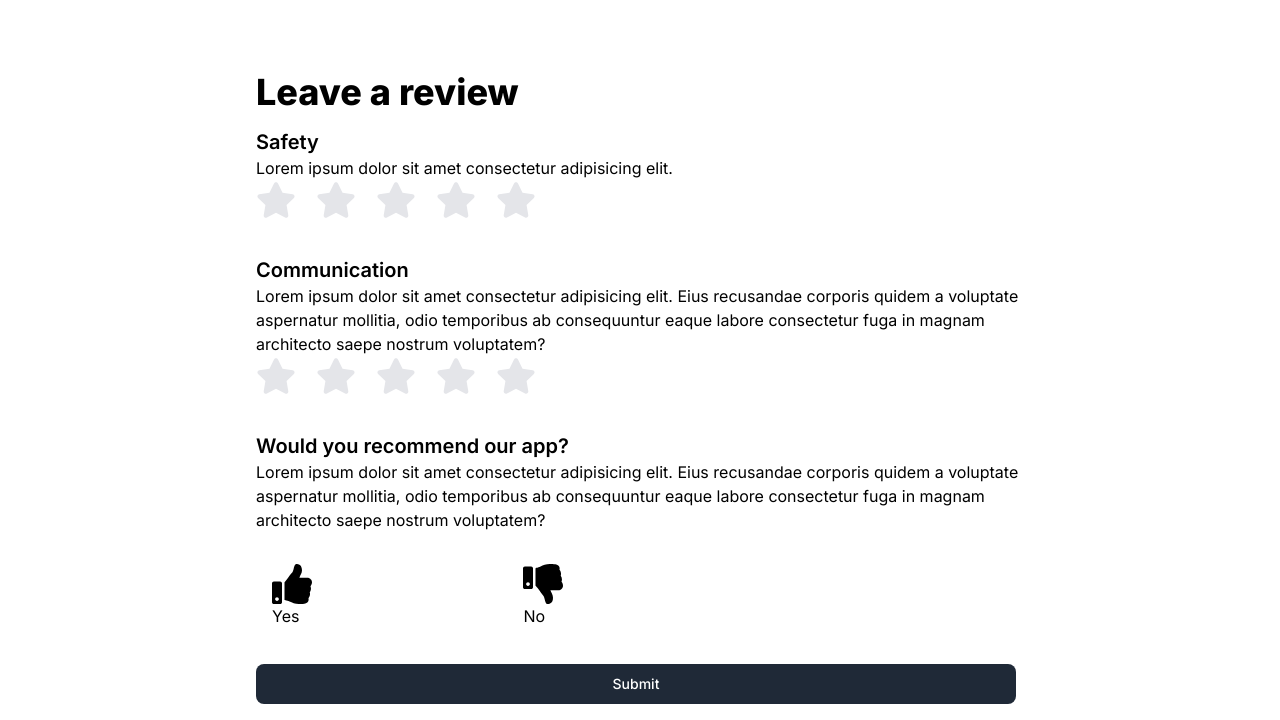
Repository: akankshaajoshi/review-form
Page: /review
These files come from the project's save history. The page is drawn as it stood at one moment and after the next save; the edit follows.
The browser window is 1280 px wide. The pictures show the whole page.
The project was rebuilt for these pictures with package versions that can differ from the ones it lists, and the page was loaded fresh each time. The framework's server and built-in components were replaced by stand-ins that run in the browser. Also part of the build but not shown: next.config.mjs.

Above is the page before, as saved 2024-05-25 13:53:49.

After the next save:
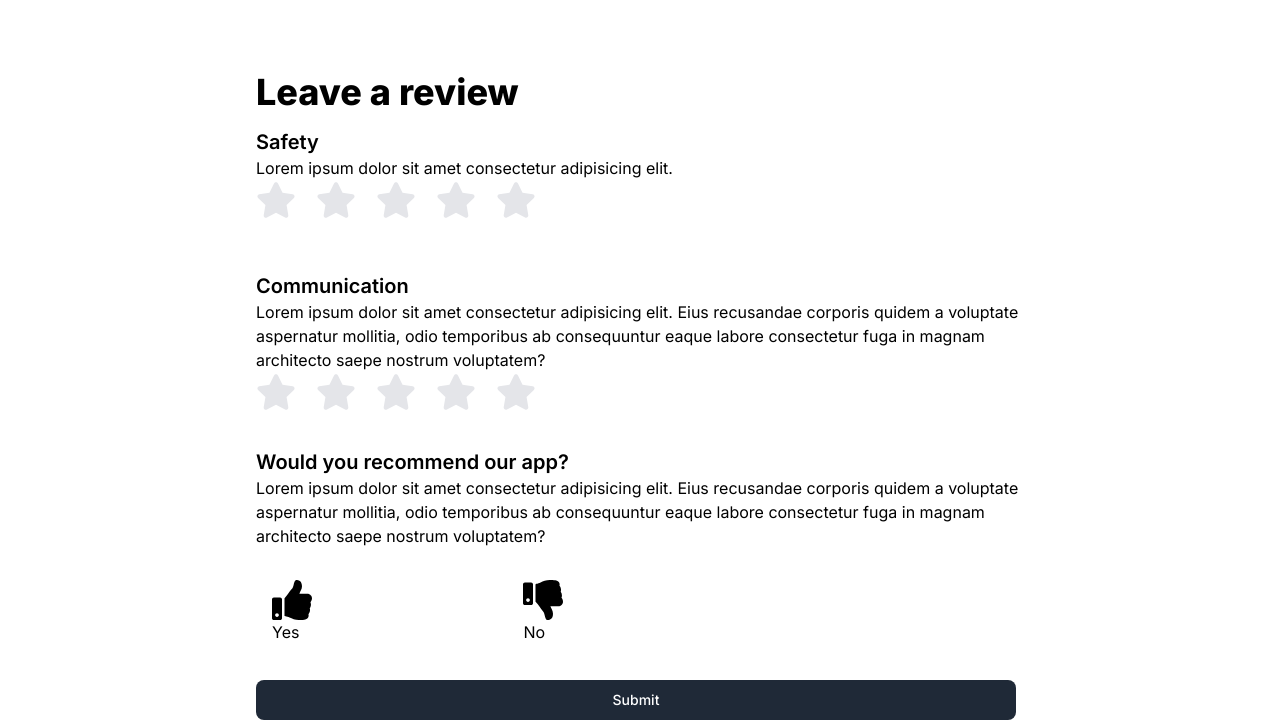
Saved 10 s later.
--- a/app/(routes)/review/page.tsx
+++ b/app/(routes)/review/page.tsx
@@ -29,7 +29,7 @@ export default function Review(){
             {state?.type === "success" && <p className="text-lg p-2 text-white rounded-md bg-green-500">{state?.message}</p>}
             {state?.type === "error" && <p className="text-lg p-2 text-white rounded-md bg-red-500">{state?.message}</p>}
             <form action={formAction} className="flex flex-col lg:gap-y-[20px] sm:gap-y-[30px]">
-                <fieldset className="pb-4">
+                <fieldset className="pb-4 sm:pb-8">
                     <label htmlFor="safety" className="text-xl font-semibold">Safety</label>
                     <p>Lorem ipsum dolor sit amet consectetur adipisicing elit. </p>
                     <StarRating name="safety"/>
